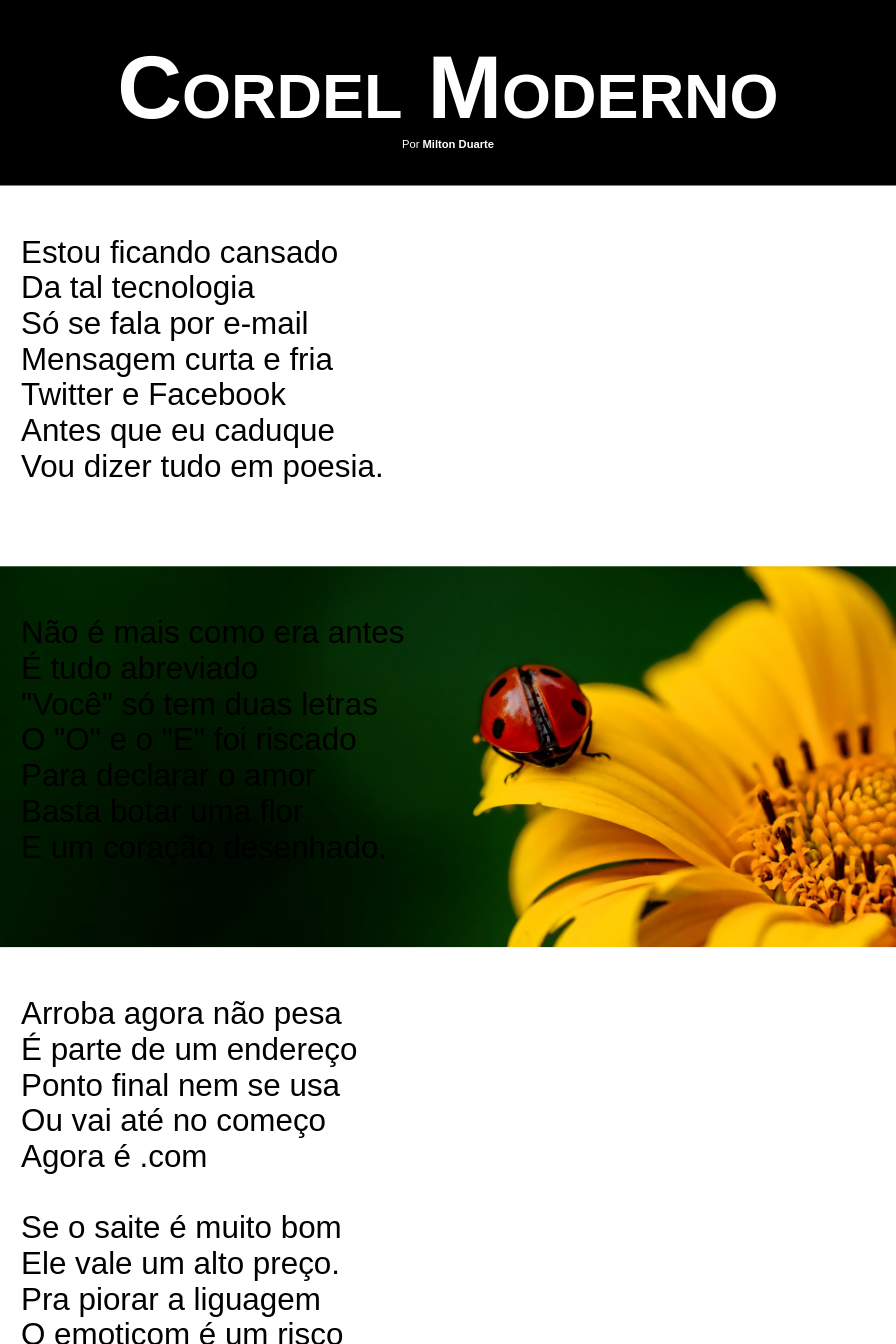
Repository: jorgprado/curso-html-css-Guanabara
Page: exec-pag-cordel/index.html
The author's editor kept a copy of each file at every save. The page is drawn from the files as they stood at one save, then again after a run of saves.
The browser window is 1280 px wide. The pictures show the part of the page from y = 0 to 1920 px (the page is 3837 px tall), at 70% of full size.
Backgrounds fixed to the window are drawn as part of the page. Some web fonts or font styles are not loaded; a fallback is used.

Above is the page before, as saved 2023-05-18 16:51:18.

After the next 2 saves:
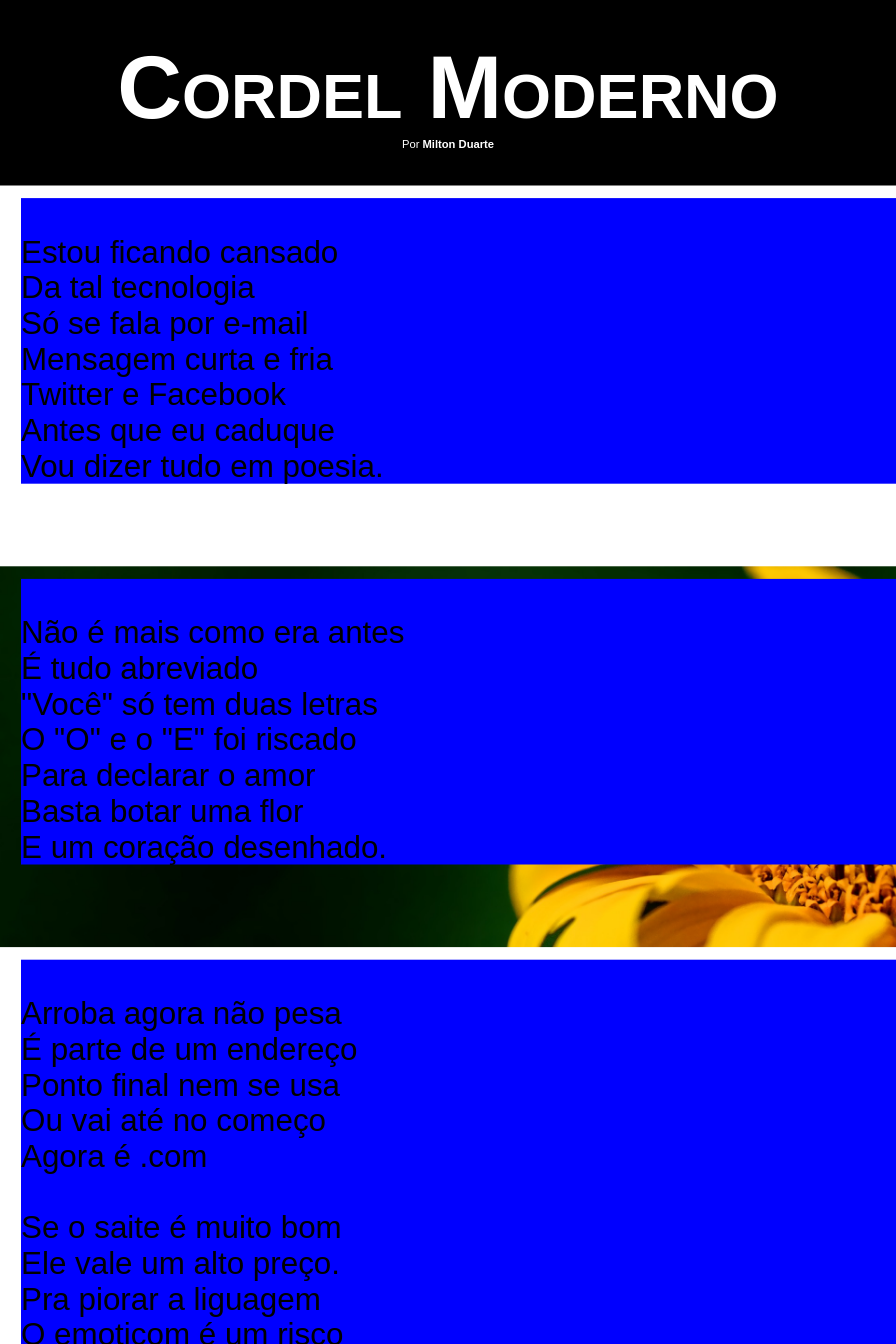
The 2 saves are shown as one change because they came seconds apart.
The last was saved 6 s later.
--- a/exec-pag-cordel/estilos/style.css
+++ b/exec-pag-cordel/estilos/style.css
@@ -47,7 +47,7 @@
 main article .box p{
     font-family: 'Sriracha', sans-serif;
     font-size: 3.5vw;
-    background-color:
+    background-color:blue;
 }
 
 main article .box-img{

After the 4 saves that followed:
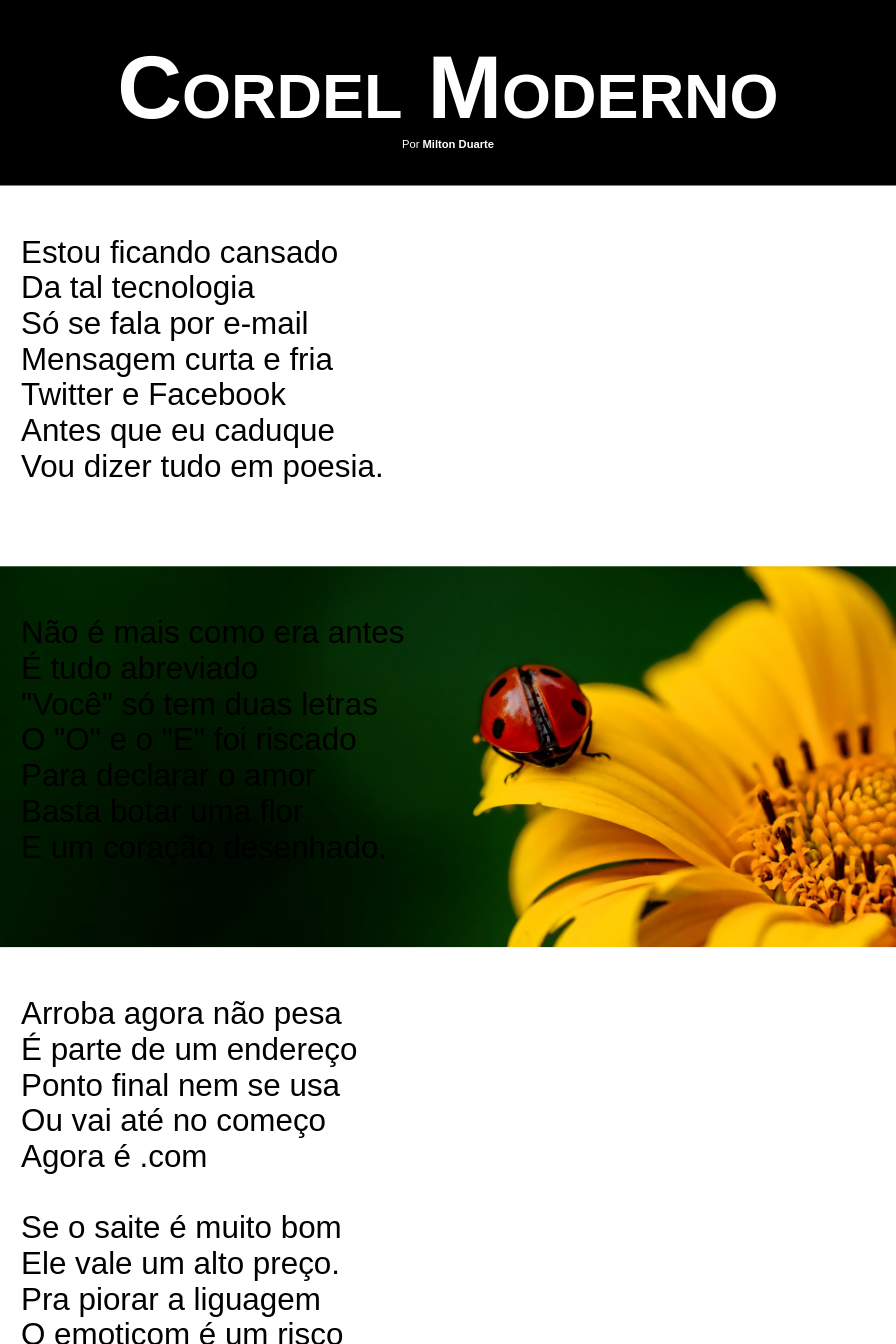
The 4 saves are shown as one change because they came seconds apart.
The last was saved 14 s later.
--- a/exec-pag-cordel/estilos/style.css
+++ b/exec-pag-cordel/estilos/style.css
@@ -47,7 +47,7 @@
 main article .box p{
     font-family: 'Sriracha', sans-serif;
     font-size: 3.5vw;
-    background-color:blue;
+
 }
 
 main article .box-img{
@@ -65,5 +65,5 @@
 }
 
 main article.box.bg{
-    background-color: gray;
+    background-color:blue;
 }
